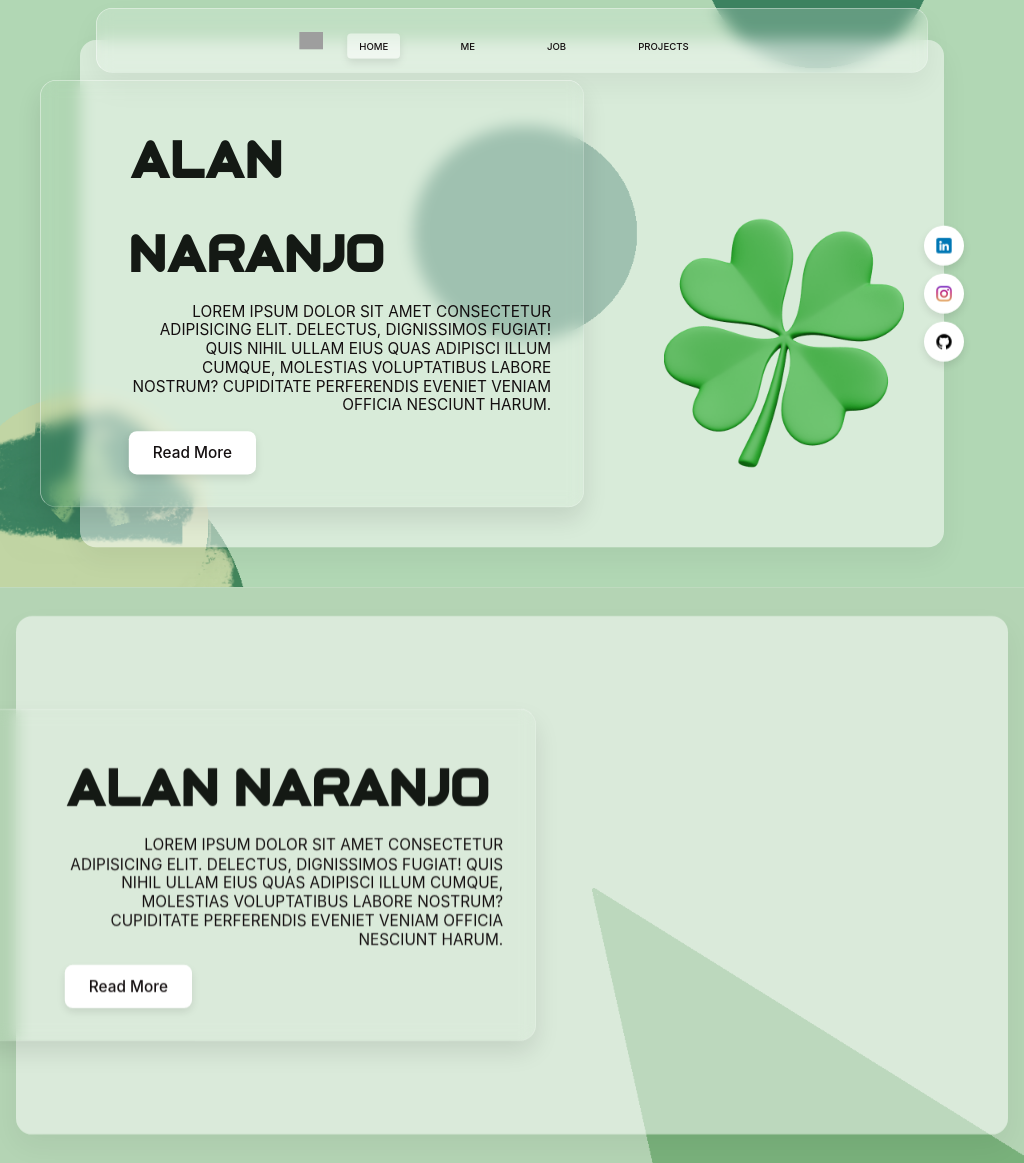
Repository: L-A-M-J-O/Me-sitio-Web
Page: / (app in my-project/)
An editor plug-in stored every save of this project. The page is shown before and after the next save, followed by the edit.
The browser window is 1280 px wide. The pictures show the whole page, at 80% of full size.
Pictures or frames that could not be fetched are drawn as grey boxes. Backgrounds fixed to the window are drawn as part of the page. The project was rebuilt for these pictures with package versions that can differ from the ones it lists, and the page was loaded fresh each time.

Above is the page before, as saved 2022-09-20 16:01:35.

### my-project/src/App.jsx
import './App.css';
import Me from './components/Me/Me';

import Navbar from './components/Navbar/Navbar'


function App() {
  return (
    <>
      <Navbar/>
      <Me/>
    </>


  );
}

export default App;

### my-project/src/App.css
 * {
    margin: 0;
    padding: 0;
    box-sizing: border-box;
 }

### my-project/src/components/Me/Me.jsx
import React from 'react'

import '../Me/Me.css'

import {Link } from 'react-scroll'

function Me() {
  return (
    <div className='section-me' id='me'>
      <div className='container-m-me'>
        <div className='row justify-content-center'>
          <div className='col-9'>
            <div className='content'>
            <h2>Alan Naranjo</h2>
            <p>Lorem ipsum dolor sit amet consectetur adipisicing elit. Delectus, dignissimos fugiat! Quis nihil ullam eius quas adipisci illum cumque, molestias voluptatibus labore nostrum? Cupiditate perferendis eveniet veniam officia nesciunt harum.</p>
            <Link href='#'>Read More</Link>
          </div>
          </div>
        </div>
      </div>
    </div>
  )
}

export default Me

### my-project/src/components/Navbar/Navbar.jsx
import React from 'react'

import {Link} from 'react-scroll'

import logotipo from '../../assets/img/logotipo.png'
import icon from '../../assets/img/icon.png'
import instagram from '../../assets/img/instagram.png'
import linkedin from '../../assets/img/linkedin.png'
import github from '../../assets/img/github.png'

import '../Navbar/Navbar.css'


function Navbar() {
  return (
    <section id='nav'>
      <div className='container-m'>
        <header>
          <Link to='nav' className='logo'><img src={ icon} alt='icon' width={30}/></Link>
          <ul>
            <li><Link to='nav' className='active'>Home</Link></li>
            <li><Link to='me' href='#' className=''>Me</Link></li>
            <li><Link href='#' className=''>Job</Link></li>
            <li><Link href='#' className=''>Projects</Link></li>
          </ul>
        </header>
        <div className='content'>
          <h2>Alan Naranjo</h2>
          <p>Lorem ipsum dolor sit amet consectetur adipisicing elit. Delectus, dignissimos fugiat! Quis nihil ullam eius quas adipisci illum cumque, molestias voluptatibus labore nostrum? Cupiditate perferendis eveniet veniam officia nesciunt harum.</p>
          <Link href='#'>Read More</Link>
        </div>
        <div className='img-icon'>
          <img src={ logotipo } alt='logotipo'/>
        </div>
        <ul className='sci'>
          <li><Link href='#'><img src={linkedin} alt='linkedin'/></Link></li>
          <li><Link href='#'><img src={instagram} alt='instagram'/></Link></li>
          <li><Link href='#'><img src={github} alt='github'/></Link></li>
        </ul>
      </div>
    </section>
  )
}

export default Navbar

### my-project/src/components/Me/Me.css
.section-me {
    display: flex;
    justify-content: center;
    align-items: center;
    min-height: 100vh;
    background-image: url(../../assets/img/banner1.png);
    background-position: center;
    background-attachment: fixed;
    padding: 20px;
}
.container-m-me {
    position: relative;
    width: 100%;
    height: 90vh;
    background-color: rgba(255, 255, 255, 0.5);
    box-shadow:  0 15px 35px rgba(0, 0, 0, 0.05);
    border-radius: 20px;
    display: flex;
    justify-content: space-between;
    align-items: center;
    padding: 50px;
}

.content-me {
    transform: translateX(-100px);
    max-width: 700px;
    box-shadow:  0 15px 30px rgba(0, 0, 0, 0.1);
    border-radius: 20px;
    backdrop-filter: blur(10px);
    border: 1px solid rgba(255, 255, 255, 0.25);
    border-top: 1px solid rgba(255, 255, 255, 0.5);
    border-left: 1px solid rgba(255, 255, 255, 0.5);
    padding: 40px;
    padding-left: 110px;
}
.content h2 {
    font-family: Osiris;
    font-size: 4rem;
    line-height: 1.85;
    text-transform: lowercase;
    margin: 0;
    color: #141914;
}
.content p {
    text-align: end;
    border: var(--default-border-width) solid var(--default-border-color);
    border-radius: var(--default-border-radius);
    text-transform: uppercase;
    font-weight: 400;
    font-size: max(12px,.9375vw);
    line-height: 1.2222222222;
    transition: background-color .15s ease-in-out;
    -webkit-appearance: none;
    appearance: none;
    font-size: 1.2em;
    color: #140f10;
}
.content a {
    display: inline-block;
    padding: 15px 30px;
    background: #fff;
    color: #140f10;
    margin-top: 20px;
    border-radius: 10px;
    font-size: 1.2em;
    font-weight: 500;
    text-decoration: none;
    box-shadow:  0 5px 10px rgba(0, 0, 0, 0.1);
}

### my-project/src/components/Navbar/Navbar.css
@font-face {
    font-family: Osiris;
    src: url(../../assets//img/Osiris.otf);
}

section {
    display: flex;
    justify-content: center;
    align-items: center;
    min-height: 100vh;
    background-image: url(../../assets/img/banner.png);
    background-position: center;
    background-attachment: fixed;
    padding: 50px;
}
.container-m{
    position: relative;
    width: calc(100% - 100px);
    height: 88vh;
    background-color: rgba(255, 255, 255, 0.5);
    box-shadow:  0 15px 35px rgba(0, 0, 0, 0.05);
    border-radius: 20px;
    display: flex;
    justify-content: space-between;
    align-items: center;
    padding: 50px;
}
header {
    position: absolute;
    top: -40px;
    right: 20px;
    left: 20px;
    padding: 20px 50px;
    display: flex;
    justify-content: center;
    align-items: baseline;
    background: rgba(255, 255, 255, 0.2);
    box-shadow:  0 15px 35px rgba(0, 0, 0, 0.05);
    border-radius: 20px;
    backdrop-filter: blur(10px);
    border: 1px solid rgba(255, 255, 255, 0.25);
    border-top: 1px solid rgba(255, 255, 255, 0.5);
    border-left: 1px solid rgba(255, 255, 255, 0.5);
}

header .logo {
    color: #140f10;
    font-weight: 700;
    text-decoration: none;
    font-size: 2rem;
}
header ul {
    display: flex;
}
header ul li {
    list-style: none;
    margin:  0 30px;
}
header ul li a {
    border: var(--default-border-width) solid var(--default-border-color);
    border-radius: var(--default-border-radius);
    text-transform: uppercase;
    font-weight: 500;
    font-size: max(12px,.9375vw);
    padding: 0 1.3333em;
    height: 2.5555em;
    line-height: 1.2222222222;
    transition: background-color .15s ease-in-out;
    -webkit-appearance: none;
    appearance: none;
    text-decoration: none;
    color: #140f10;
    padding: 8px 15px;
    border-radius: 25px;
    cursor: pointer;
}
header ul li a:hover,
header ul li a.active {
    border-radius: 5px;
    background-color: #ffffff81;
    color: #140f10;
    box-shadow: 0 5px 10px rgba(0, 0, 0, 0.1);
}

.content {
    transform: translateX(-100px);
    max-width: 700px;
    box-shadow:  0 15px 30px rgba(0, 0, 0, 0.1);
    border-radius: 20px;
    backdrop-filter: blur(10px);
    border: 1px solid rgba(255, 255, 255, 0.25);
    border-top: 1px solid rgba(255, 255, 255, 0.5);
    border-left: 1px solid rgba(255, 255, 255, 0.5);
    padding: 40px;
    padding-left: 110px;
}
.content h2 {
    font-family: Osiris;
    font-size: 4rem;
    line-height: 1.85;
    text-transform: lowercase;
    margin: 0;
    color: #141914;
}
.content p {
    text-align: end;
    border: var(--default-border-width) solid var(--default-border-color);
    border-radius: var(--default-border-radius);
    text-transform: uppercase;
    font-weight: 400;
    font-size: max(12px,.9375vw);
    line-height: 1.2222222222;
    transition: background-color .15s ease-in-out;
    -webkit-appearance: none;
    appearance: none;
    font-size: 1.2em;
    color: #140f10;
}
.content a {
    display: inline-block;
    padding: 15px 30px;
    background: #fff;
    color: #140f10;
    margin-top: 20px;
    border-radius: 10px;
    font-size: 1.2em;
    font-weight: 500;
    text-decoration: none;
    box-shadow:  0 5px 10px rgba(0, 0, 0, 0.1);
}
.img-icon img {
    max-width: 400px;
    animation: animate 5s linear infinite;
}
@keyframes animate {
    0%,100%{
        transform: translateY(50px);
    }
    50% {
        transform: translateY(100px);
    }
}
.sci {
    position: absolute;
    right: -25px;
    display: flex;
    justify-content: center;
    align-items: center;
    flex-direction: column;
}
.sci li {
    list-style: none;
}
.sci li a {
    text-decoration: none;
    width: 50px;
    height: 50px;
    background: #fff;
    display: flex;
    justify-content: center;
    align-items: center;
    border-radius: 50%;
    margin: 5px 0;
    box-shadow: 0 5px 10px rgba(0, 0, 0, 0.1);
}
.sci li a img {
    transform: scale(0.6);
    transition: 0.5s;
}
sci li:hover a img {
    transform: scale(0.6) rotate(360deg);
}

Loaded but not shown: my-project/src/index.js (common file); my-project/src/index.css (common file); my-project/src/reportWebVitals.js (common file)

After the next save:
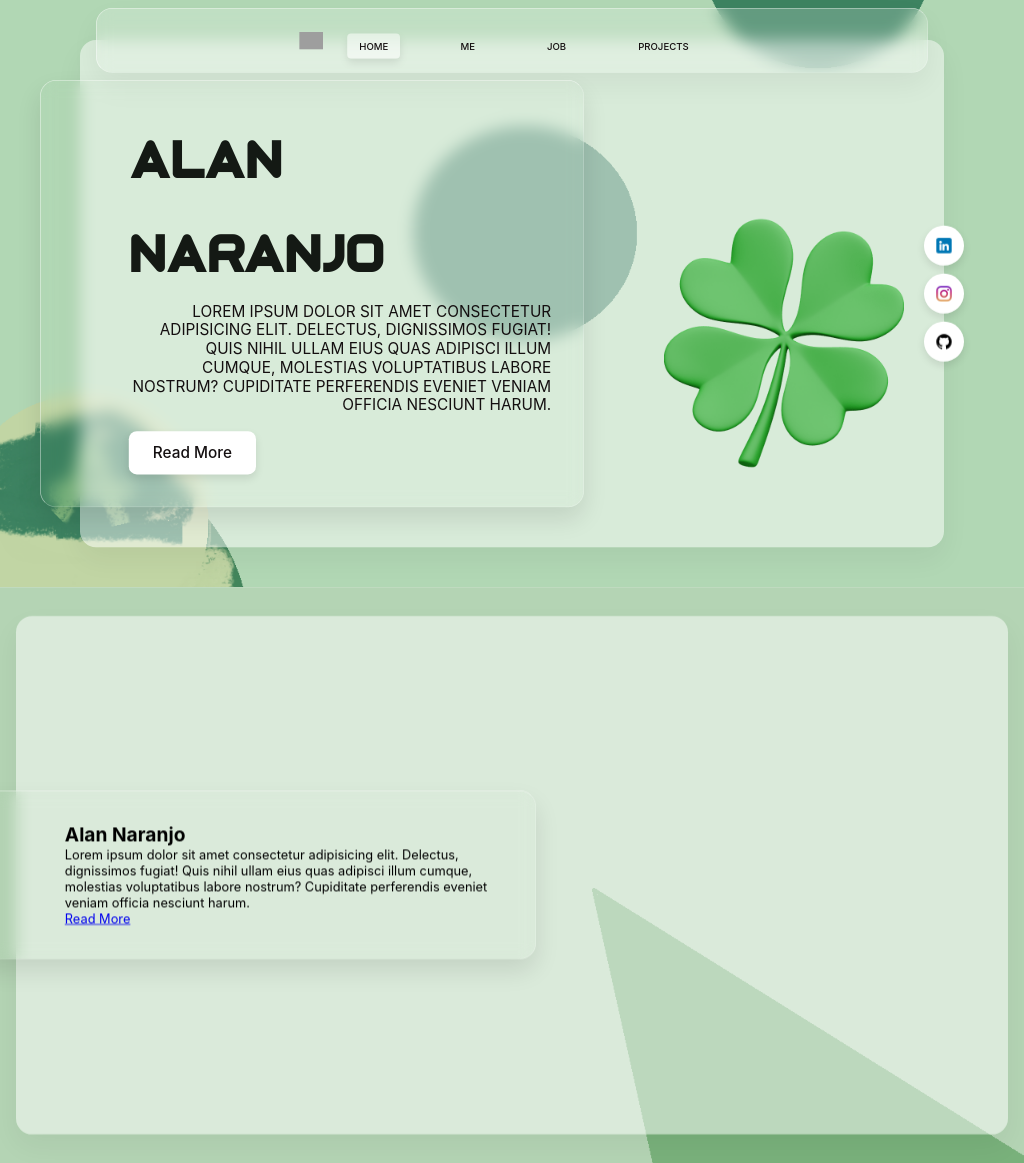
Saved 5 s later.
--- a/my-project/src/components/Me/Me.jsx
+++ b/my-project/src/components/Me/Me.jsx
@@ -10,7 +10,7 @@ function Me() {
       <div className='container-m-me'>
         <div className='row justify-content-center'>
           <div className='col-9'>
-            <div className='content'>
+            <div className='content-me'>
             <h2>Alan Naranjo</h2>
             <p>Lorem ipsum dolor sit amet consectetur adipisicing elit. Delectus, dignissimos fugiat! Quis nihil ullam eius quas adipisci illum cumque, molestias voluptatibus labore nostrum? Cupiditate perferendis eveniet veniam officia nesciunt harum.</p>
             <Link href='#'>Read More</Link>
